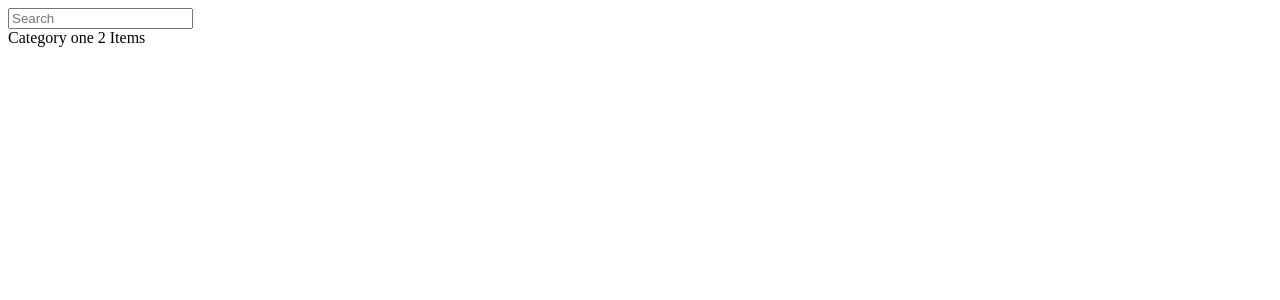
Repository: dvbondoy/peddler-pos
Page: www/product/templates/categories.html
These files come from the project's save history. The page is drawn as it stood at one moment and after the next save; the edit follows.
The browser window is 1280 px wide. The pictures show the whole page.

Above is the page before, as saved 2016-12-05 22:38:38.

### www/product/templates/categories.html
<ion-view>
  <ion-content>
    <div class="padding">
      <!-- Search form -->
      <div class="item-input-inset">
        <label class="item-input-wrapper">
          <i class="icon ion-ios-search placeholder-icon"></i>
          <input type="search" placeholder="Search">
        </label>
      </div>
    </div>
    <div class="padding">
      <ion-list>
        <ion-item class="item-icon-right">
          <div>
            <span>Category one</span>
            <span class="pull-right">2 Items</span>
          </div>
          <i class="icon ion-chevron-right"></i>
        </ion-item>
      </ion-list>
    </div>
  </ion-content>
</ion-view>

After the next save:
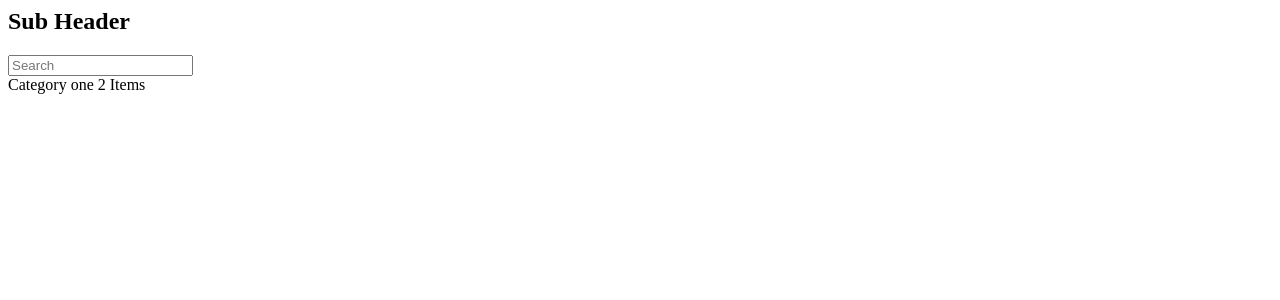
Saved 2 min 57 s later.
--- a/www/product/templates/categories.html
+++ b/www/product/templates/categories.html
@@ -1,4 +1,7 @@
 <ion-view>
+  <div class="bar bar-subheader">
+    <h2 class="title">Sub Header</h2>
+  </div>
   <ion-content>
     <div class="padding">
       <!-- Search form -->
